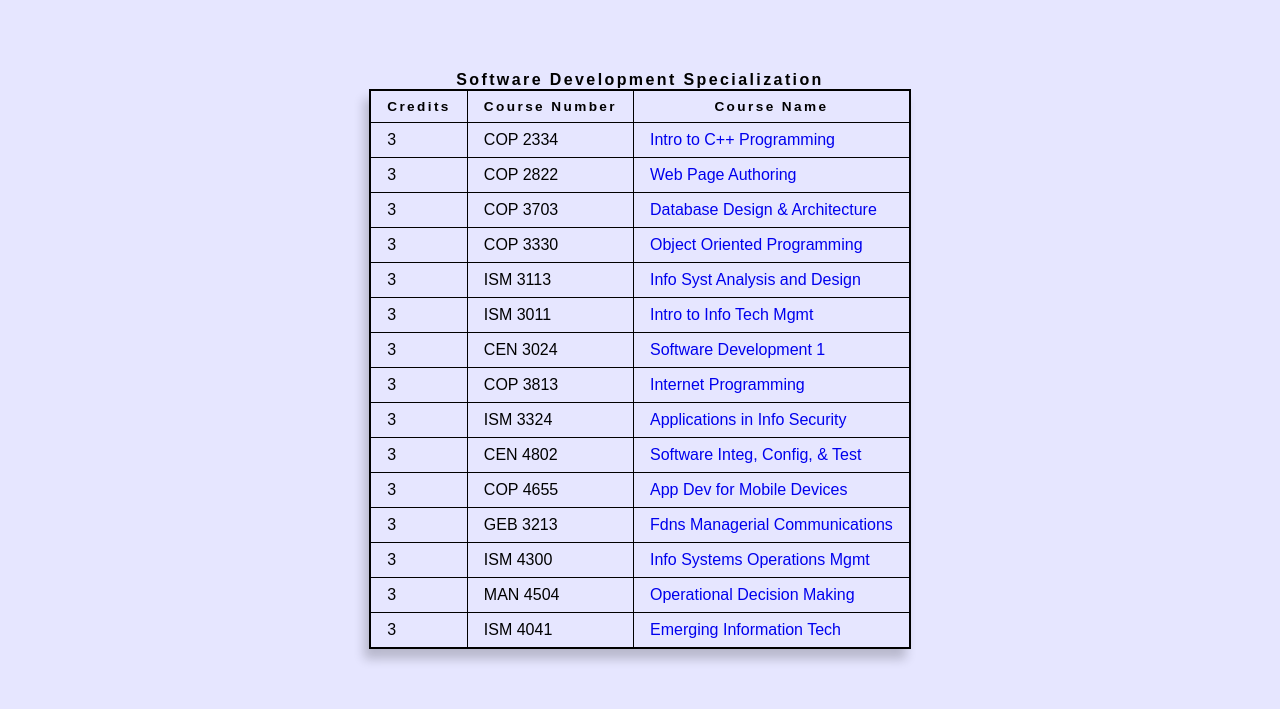
Repository: mlmEFSC21/P5-DegreeTableStyling
Page: FormattedProgramSpecialization3.html
These files come from the project's save history. The page is drawn as it stood at one moment and after the next save; the edit follows.
The browser window is 1280 px wide. The pictures show the whole page.
Some web fonts or font styles are not loaded; a fallback is used.

Above is the page before, as saved 2022-02-07 15:18:33.

### FormattedProgramSpecialization3.html
<!DOCTYPE html>
<html lang="en">
    <head>
        <meta charset="UTF-8" />
        <meta http-equiv="X-UA-Compatible" content="IE=edge" />
        <meta name="viewport" content="width=device-width, initial-scale=1.0" />
        <link rel="stylesheet" href="tableStyles.css" />
        <title>Degree Specialization Table</title>
    </head>
    <body>
        <table>
            <caption class="tableTitle">
                Software Development Specialization
            </caption>
            <thead>
                <tr class="colTitles">
                    <th>Credits</th>
                    <th>Course Number</th>
                    <th>Course Name</th>
                </tr>
            </thead>
            <tbody>
                <tr>
                    <td>3</td>
                    <td>COP 2334</td>
                    <td>
                        <a
                            href="https://bannerweb.easternflorida.edu/prod/bwckctlg.p_disp_course_detail?cat_term_in=202210&subj_code_in=COP&crse_numb_in=2334"
                            >Intro to C++ Programming</a
                        >
                    </td>
                </tr>
                <tr>
                    <td>3</td>
                    <td>COP 2822</td>
                    <td>
                        <a
                            href="https://bannerweb.easternflorida.edu/prod/bwckctlg.p_disp_course_detail?cat_term_in=202210&subj_code_in=COP&crse_numb_in=2822"
                            >Web Page Authoring</a
                        >
                    </td>
                </tr>
                <tr>
                    <td>3</td>
                    <td>COP 3703</td>
                    <td>
                        <a
                            href="https://bannerweb.easternflorida.edu/prod/bwckctlg.p_disp_course_detail?cat_term_in=202210&subj_code_in=COP&crse_numb_in=3703"
                            >Database Design & Architecture</a
                        >
                    </td>
                </tr>
                <tr>
                    <td>3</td>
                    <td>COP 3330</td>
                    <td>
                        <a
                            href="https://bannerweb.easternflorida.edu/prod/bwckctlg.p_disp_course_detail?cat_term_in=202210&subj_code_in=COP&crse_numb_in=3330"
                            >Object Oriented Programming</a
                        >
                    </td>
                </tr>
                <tr>
                    <td>3</td>
                    <td>ISM 3113</td>
                    <td>
                        <a
                            href="https://bannerweb.easternflorida.edu/prod/bwckctlg.p_disp_course_detail?cat_term_in=202210&subj_code_in=ISM&crse_numb_in=3113"
                            >Info Syst Analysis and Design</a
                        >
                    </td>
                </tr>
                <tr>
                    <td>3</td>
                    <td>ISM 3011</td>
                    <td>
                        <a
                            href="https://bannerweb.easternflorida.edu/prod/bwckctlg.p_disp_course_detail?cat_term_in=202210&subj_code_in=ISM&crse_numb_in=3011"
                            >Intro to Info Tech Mgmt</a
                        >
                    </td>
                </tr>
                <tr>
                    <td>3</td>
                    <td>CEN 3024</td>
                    <td>
                        <a
                            href="https://bannerweb.easternflorida.edu/prod/bwckctlg.p_disp_course_detail?cat_term_in=202210&subj_code_in=CEN&crse_numb_in=3024"
                            >Software Development 1</a
                        >
                    </td>
                </tr>
                <tr>
                    <td>3</td>
                    <td>COP 3813</td>
                    <td>
                        <a
                            href="https://bannerweb.easternflorida.edu/prod/bwckctlg.p_disp_course_detail?cat_term_in=202210&subj_code_in=COP&crse_numb_in=3813"
                            >Internet Programming</a
                        >
                    </td>
                </tr>
                <tr>
                    <td>3</td>
                    <td>ISM 3324</td>
                    <td>
                        <a
                            href="https://bannerweb.easternflorida.edu/prod/bwckctlg.p_disp_course_detail?cat_term_in=202210&subj_code_in=ISM&crse_numb_in=3324"
                            >Applications in Info Security</a
                        >
                    </td>
                </tr>
                <tr>
                    <td>3</td>
                    <td>CEN 4802</td>
                    <td>
                        <a
                            href="https://bannerweb.easternflorida.edu/prod/bwckctlg.p_disp_course_detail?cat_term_in=202210&subj_code_in=CEN&crse_numb_in=4802"
                            >Software Integ, Config, & Test</a
                        >
                    </td>
                </tr>
                <tr>
                    <td>3</td>
                    <td>COP 4655</td>
                    <td>
                        <a
                            href="https://bannerweb.easternflorida.edu/prod/bwckctlg.p_disp_course_detail?cat_term_in=202210&subj_code_in=COP&crse_numb_in=4655"
                            >App Dev for Mobile Devices</a
                        >
                    </td>
                </tr>
                <tr>
                    <td>3</td>
                    <td>GEB 3213</td>
                    <td>
                        <a
                            href="https://bannerweb.easternflorida.edu/prod/bwckctlg.p_disp_course_detail?cat_term_in=202210&subj_code_in=GEB&crse_numb_in=3213"
                            >Fdns Managerial Communications</a
                        >
                    </td>
                </tr>
                <tr>
                    <td>3</td>
                    <td>ISM 4300</td>
                    <td>
                        <a
                            href="https://bannerweb.easternflorida.edu/prod/bwckctlg.p_disp_course_detail?cat_term_in=202210&subj_code_in=ISM&crse_numb_in=4300"
                            >Info Systems Operations Mgmt</a
                        >
                    </td>
                </tr>
                <tr>
                    <td>3</td>
                    <td>MAN 4504</td>
                    <td>
                        <a
                            href="https://bannerweb.easternflorida.edu/prod/bwckctlg.p_disp_course_detail?cat_term_in=202210&subj_code_in=MAN&crse_numb_in=4504"
                            >Operational Decision Making</a
                        >
                    </td>
                </tr>
                <tr>
                    <td>3</td>
                    <td>ISM 4041</td>
                    <td>
                        <a
                            href="https://bannerweb.easternflorida.edu/prod/bwckctlg.p_disp_course_detail?cat_term_in=202210&subj_code_in=ISM&crse_numb_in=4041"
                            >Emerging Information Tech</a
                        >
                    </td>
                </tr>
            </tbody>
        </table>
    </body>
</html>

### tableStyles.css
@import url("https://fonts.googleapis.com/css2?family=Spectral:wght@400&display=swap");

:root {
    --clr-prime: #003c5e;
    --clr-second: #1a2028;
    --clr-accent: #8fb500;
    --clr-font-prime: #5b8ead;
    --clr-font-second: black;
    --clr-background: #e6e6ff;
}
*,
*::before,
*::after {
    margin: 0;
    padding: 0;
    box-sizing: border-box;
}
body {
    font-family: Spectral, sans-serif;
    height: 100vh;
    display: grid;
    align-items: center;
    justify-content: center;
    background-color: var(--clr-background);
}
caption {
    letter-spacing: 0.15rem;
    font-weight: 900;
}
table {
    border-collapse: collapse;
    box-shadow: -5px 10px 10px rgba(0, 0, 0, 0.2);
    border: 2px solid black;
    padding: 0.25rem;
}
thead {
    letter-spacing: 0.15rem;
    font-size: 0.85rem;
    font-weight: 900;
}
th {
    border: 1px solid black;
    padding: 0.5rem 1rem;
}
td {
    border: 1px solid black;
    padding: 0.5rem 1rem;
    align-items: center;
    justify-content: center;
}
a {
    text-decoration: none;
}
a:hover {
    color: var(--clr-prime);
    text-decoration: underline;
}

After the next save:
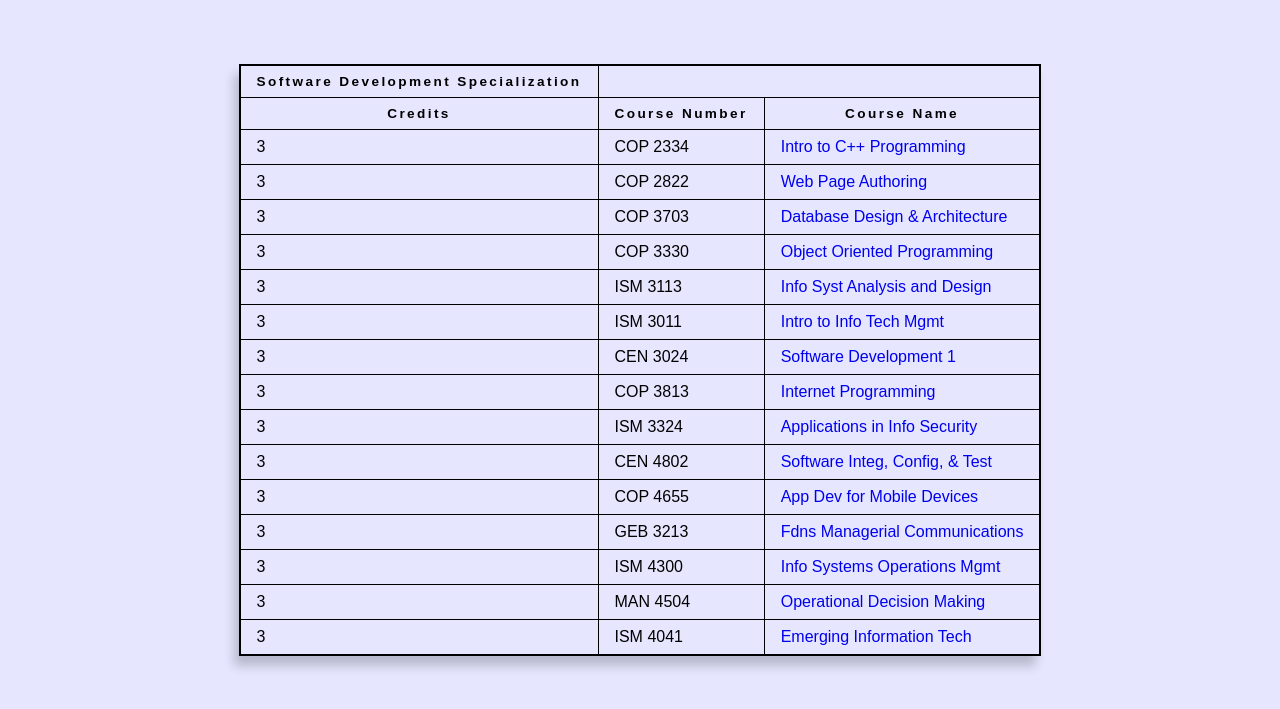
Saved 3 min 50 s later.
--- a/FormattedProgramSpecialization3.html
+++ b/FormattedProgramSpecialization3.html
@@ -9,10 +9,10 @@
     </head>
     <body>
         <table>
-            <caption class="tableTitle">
-                Software Development Specialization
-            </caption>
             <thead>
+                <tr>
+                    <th>Software Development Specialization</th>
+                </tr>
                 <tr class="colTitles">
                     <th>Credits</th>
                     <th>Course Number</th>
